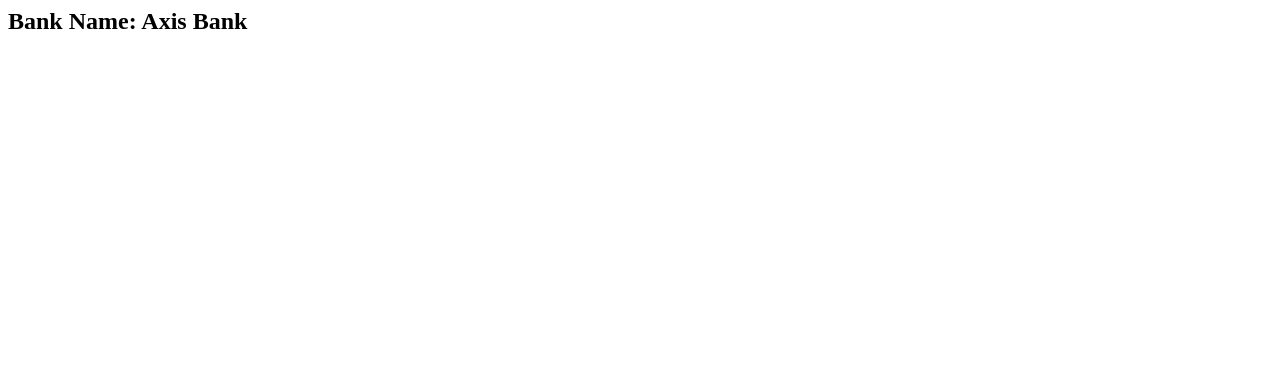
Repository: vibakar/spring-boot-topgear-assignments
Page: assignment2/src/main/resources/static/branches.html
An editor plug-in stored every save of this project. The page is shown before and after the next save, followed by the edit.
The browser window is 1280 px wide. The pictures show the whole page.

Above is the page before, as saved 2020-06-12 05:02:19.

### assignment2/src/main/resources/static/branches.html
<h2>Bank Name: Axis Bank</h2>

<table>

</table>

After the next save:
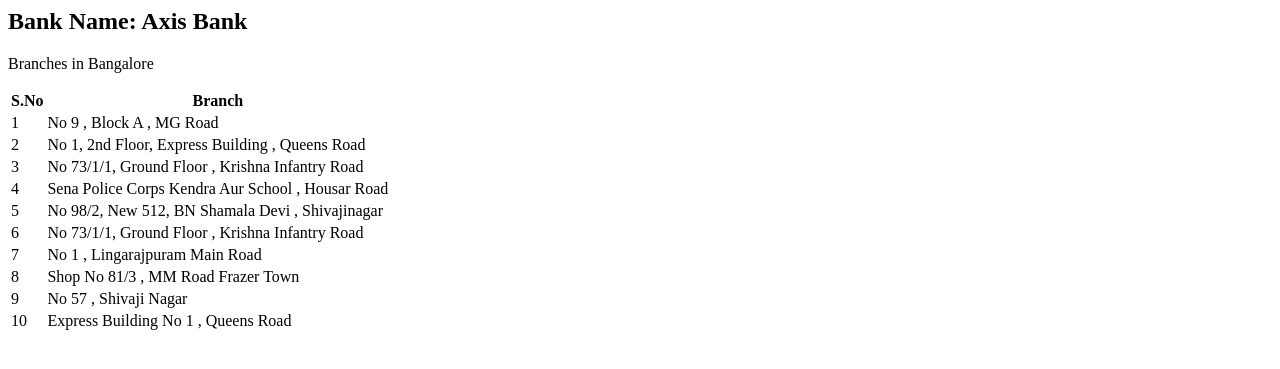
Saved 7 min 25 s later.
--- a/assignment2/src/main/resources/static/branches.html
+++ b/assignment2/src/main/resources/static/branches.html
@@ -1,5 +1,50 @@
 <h2>Bank Name: Axis Bank</h2>
 
+<p>Branches in Bangalore</p>
+
 <table>
-
+	<tr>
+		<th>S.No</th>
+		<th>Branch</th>
+	</tr>
+	<tr>
+		<td>1</td>
+		<td>No 9 , Block A , MG Road</td>
+	</tr>
+	<tr>
+		<td>2</td>
+		<td>No 1, 2nd Floor, Express Building , Queens Road</td>
+	</tr>
+	<tr>
+		<td>3</td>
+		<td>No 73/1/1, Ground Floor , Krishna Infantry Road</td>
+	</tr>
+	<tr>
+		<td>4</td>
+		<td>Sena Police Corps Kendra Aur School , Housar Road</td>
+	</tr>
+	<tr>
+		<td>5</td>
+		<td>No 98/2, New 512, BN Shamala Devi , Shivajinagar</td>
+	</tr>
+	<tr>
+		<td>6</td>
+		<td>No 73/1/1, Ground Floor , Krishna Infantry Road</td>
+	</tr>
+	<tr>
+		<td>7</td>
+		<td>No 1 , Lingarajpuram Main Road</td>
+	</tr>
+	<tr>
+		<td>8</td>
+		<td>Shop No 81/3 , MM Road Frazer Town</td>
+	</tr>
+	<tr>
+		<td>9</td>
+		<td>No 57 , Shivaji Nagar</td>
+	</tr>
+	<tr>
+		<td>10</td>
+		<td>Express Building No 1 , Queens Road</td>
+	</tr>
 </table>
